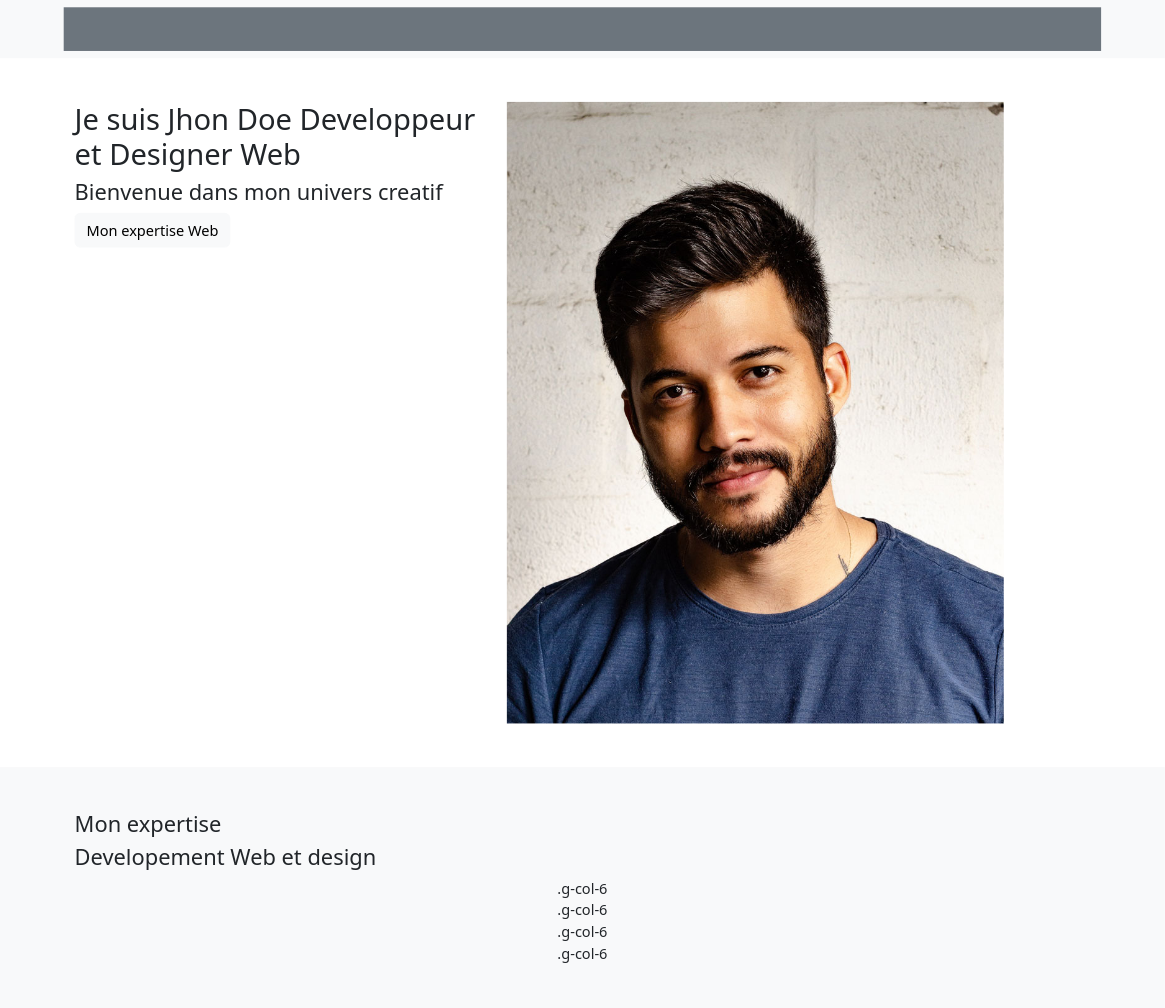
Repository: wadelfadill/Bootstrap_tache_1_portfolio
Page: index.html
An editor plug-in stored every save of this project. The page is shown before and after the next save, followed by the edit.
The browser window is 1280 px wide. The pictures show the whole page, at 91% of full size.

Above is the page before, as saved 2023-03-27 12:17:43.

### index.html
<!DOCTYPE html>
<html lang="en">
<head>
    <meta charset="UTF-8">
    <meta http-equiv="X-UA-Compatible" content="IE=edge">
    <meta name="viewport" content="width=device-width, initial-scale=1.0">
    <title>Portfolio_Bootstrap</title>
    <link href="https://cdn.jsdelivr.net/npm/bootstrap@5.3.0-alpha2/dist/css/bootstrap.min.css" rel="stylesheet" integrity="sha384-aFq/bzH65dt+w6FI2ooMVUpc+21e0SRygnTpmBvdBgSdnuTN7QbdgL+OapgHtvPp" crossorigin="anonymous">
    <link rel="stylesheet" href="style.css">
</head>
<body>
    <header>
        <nav class="navbar bg-light container-fluid">
            <div class="container bg-secondary py-4">

            </div>
        </nav>
    </header>
    <main>
        <section class="my-5">
            <div class="container">
                <div class="row">
                    <div class="col-5">
                        <p class="h2">Je suis Jhon Doe Developpeur et Designer Web</p>
                        <p class="h4">Bienvenue dans mon univers creatif</p>
                        <a class="btn btn-light" href="#" role="button">Mon expertise Web</a>

                    </div>
                    <div class="col-6">
                        <img src="img/portrait.jpg" alt="profile de Jhon" class="w-100">
                    </div>
                </div>
            </div>
        </section>
        <section>
            <div class="container-fluid bg-light py-5 mt-5">
                <div class="container">
                 <p class="h4">Mon expertise</p>
                 <p class="h4">Developement Web et design</p>
                 <div class="grid text-center">
                     <div class="g-col-6">.g-col-6</div>
                     <div class="g-col-6">.g-col-6</div>

                     <div class="g-col-6">.g-col-6</div>
                     <div class="g-col-6">.g-col-6</div>
                   </div>
             </div>
        </section>
        <section></section>
        <section></section>
    </main>



</body>
</html>

Loaded but not shown: style.css (no stored copy; drawn as an empty file)

After the next save:
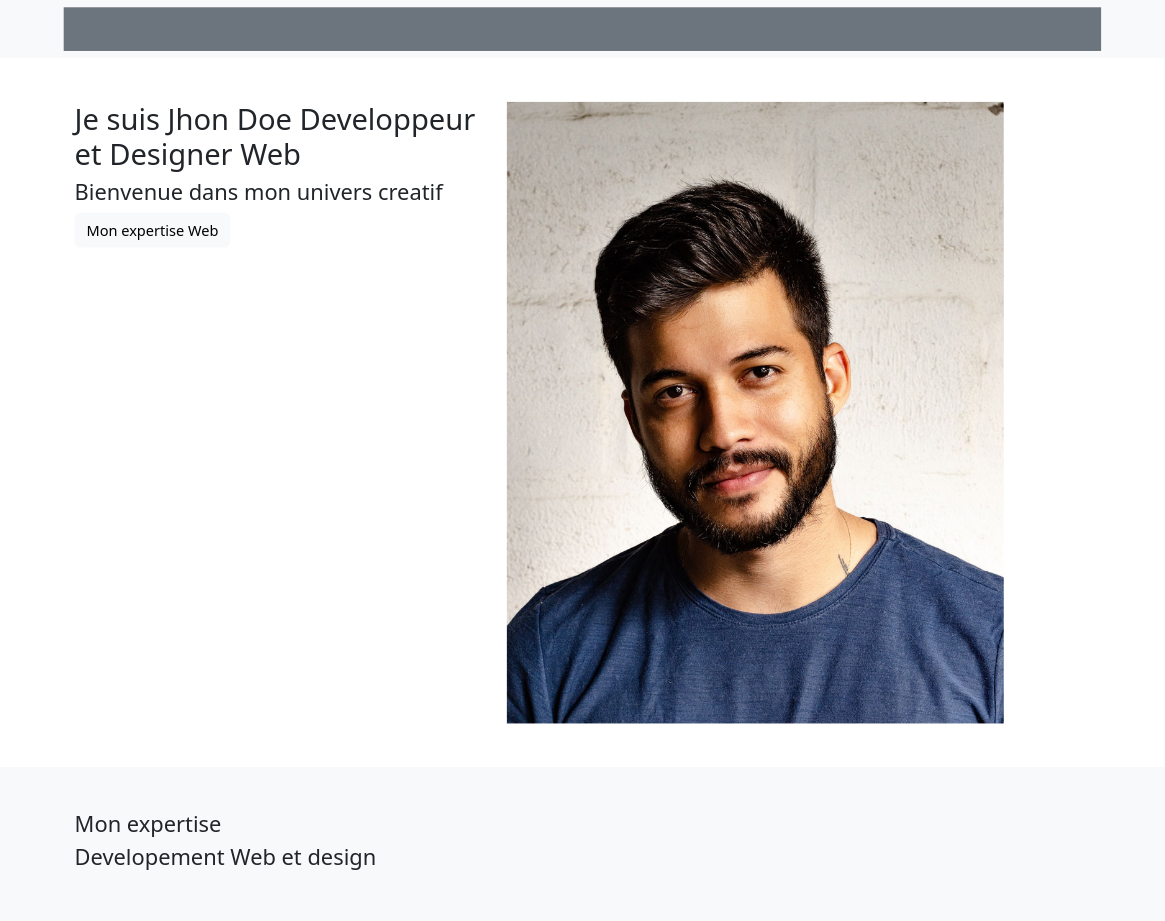
Saved 49 s later.
--- a/index.html
+++ b/index.html
@@ -27,7 +27,7 @@
 
                     </div>
                     <div class="col-6">
-                        <img src="img/portrait.jpg" alt="profile de Jhon" class="w-100">
+                        <img src="img/portrait.jpg" alt="profile de Jhon Doe" class="w-100">
                     </div>
                 </div>
             </div>
@@ -37,13 +37,7 @@
                 <div class="container">
                  <p class="h4">Mon expertise</p>
                  <p class="h4">Developement Web et design</p>
-                 <div class="grid text-center">
-                     <div class="g-col-6">.g-col-6</div>
-                     <div class="g-col-6">.g-col-6</div>
 
-                     <div class="g-col-6">.g-col-6</div>
-                     <div class="g-col-6">.g-col-6</div>
-                   </div>
              </div>
         </section>
         <section></section>
